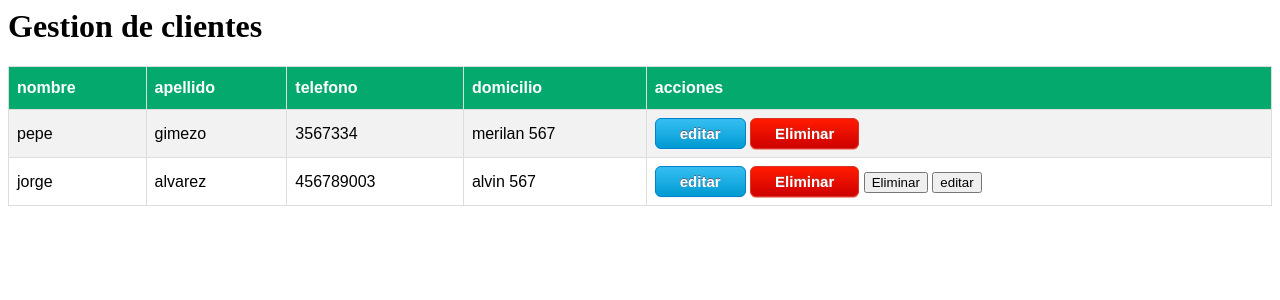
Repository: geraldine-ventura/Practicando.net
Page: index 2.html
An editor plug-in stored every save of this project. The page is shown before and after the next save, followed by the edit.
The browser window is 1280 px wide. The pictures show the whole page.

Above is the page before, as saved 2022-12-20 11:50:59.

### index 2.html
<h1>Gestion de clientes</h1>
<table id= "customers">
    <tr>
        <th>nombre</th>
        <th>apellido</th>
        <th>telefono</th>
        <th>domicilio</th>
        <th>acciones</th>
    </tr>
    <tr>
        <td>pepe</td>
        <td>gimezo</td>
        <td>3567334</td>
        <td>merilan 567</td>
        <td>
         <a href="#" class="myButton">editar</a>
         <a href="#" class="myButton2">Eliminar</a>

        </td>
    </tr>
    <tr>
        <td>jorge</td>
        <td>alvarez</td>
        <td>456789003</td>
        <td>alvin 567</td>
        <td>
            <a href="#" class="myButton">editar</a>
            <a href="#" class="myButton2">Eliminar</a>
            <button>Eliminar</button>
            <button>editar</button>
          </td>
    </tr>
</table>

<style>
    #customers {
      font-family: Arial, Helvetica, sans-serif;
      border-collapse: collapse;
      width: 100%;
    }

    #customers td, #customers th {
      border: 1px solid #ddd;
      padding: 8px;
    }

    #customers tr:nth-child(even){background-color: #f2f2f2;}

    #customers tr:hover {background-color: #ddd;}

    #customers th {
      padding-top: 12px;
      padding-bottom: 12px;
      text-align: left;
      background-color: #04AA6D;
      color: white;
    }
    .myButton {
	box-shadow: 0px 1px 0px 0px #f0f7fa;
	background:linear-gradient(to bottom, #33bdef 5%, #019ad2 100%);
	background-color:#33bdef;
	border-radius:6px;
	border:1px solid #057fd0;
	display:inline-block;
	cursor:pointer;
	color:#ffffff;
	font-family:Arial;
	font-size:15px;
	font-weight:bold;
	padding:6px 24px;
	text-decoration:none;
	text-shadow:0px -1px 0px #5b6178;
}
.myButton:hover {
	background:linear-gradient(to bottom, #019ad2 5%, #33bdef 100%);
	background-color:#019ad2;
}
.myButton:active {
	position:relative;
	top:1px;
}
.myButton2 {
	box-shadow: 0px 1px 0px 0px #f29c93;
	background:linear-gradient(to bottom, #fe1a00 5%, #ce0100 100%);
	background-color:#fe1a00;
	border-radius:6px;
	border:1px solid #d83526;
	display:inline-block;
	cursor:pointer;
	color:#ffffff;
	font-family:Arial;
	font-size:15px;
	font-weight:bold;
	padding:6px 24px;
	text-decoration:none;
	text-shadow:0px -1px 0px #b23e35;
}
.myButton2:hover {
	background:linear-gradient(to bottom, #ce0100 5%, #fe1a00 100%);
	background-color:#ce0100;
}
.myButton2:active {
	position:relative;
	top:1px;
}


    </style>

After the next save:
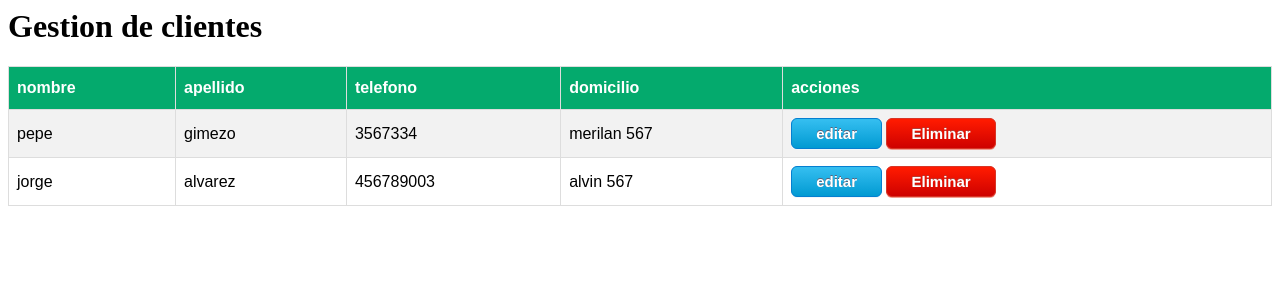
Saved 16 s later.
--- a/index 2.html
+++ b/index 2.html
@@ -26,8 +26,7 @@
         <td>
             <a href="#" class="myButton">editar</a>
             <a href="#" class="myButton2">Eliminar</a>
-            <button>Eliminar</button>
-            <button>editar</button>
+
           </td>
     </tr>
 </table>
